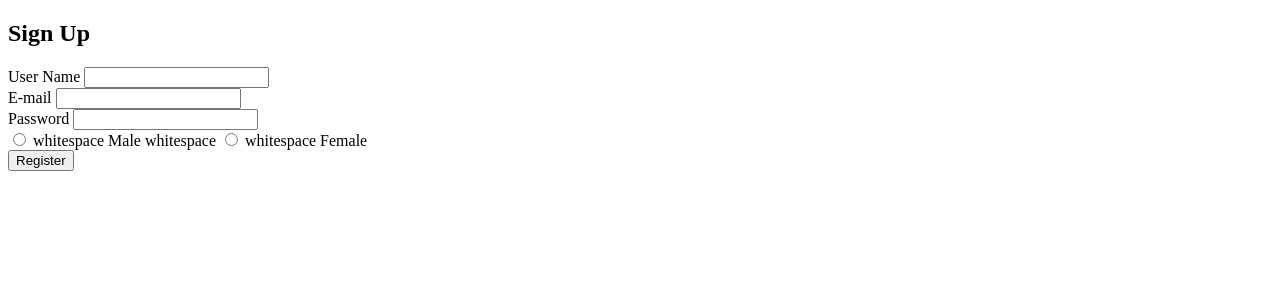
Repository: kalpesh3070/backend2
Page: flyaway/src/main/webapp/signup.html
The author's editor kept a copy of each file at every save. The page is drawn from the files as they stood at one save, then again after the next save.
The browser window is 1280 px wide. The pictures show the whole page.

Above is the page before, as saved 2022-11-13 10:12:56.

After the next save:
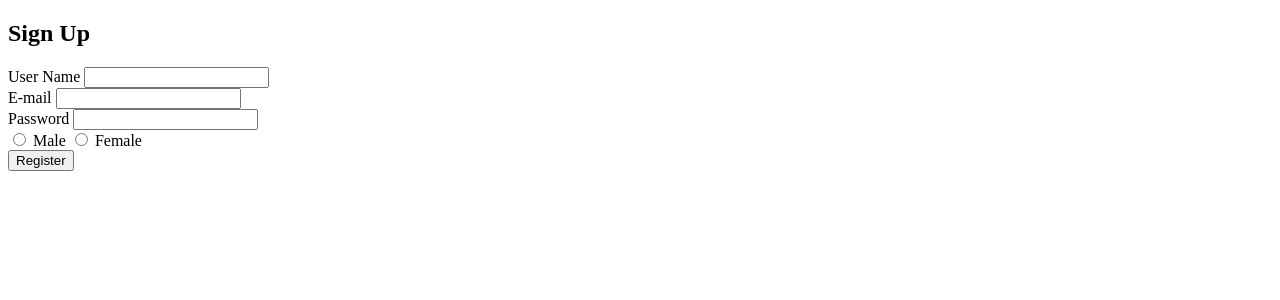
Saved 41 s later.
--- a/flyaway/src/main/webapp/signup.html
+++ b/flyaway/src/main/webapp/signup.html
@@ -39,15 +39,14 @@
 
 <input id="male" type="radio" name="gender" value="male">
 
-whitespace
+
 
 <lable for="male">Male</lable>
 
-whitespace
 
 <input id="Female" type="radio" name="gender" value="Female">
 
-whitespace
+
 
 <lable for="Female">Female</lable>
 
